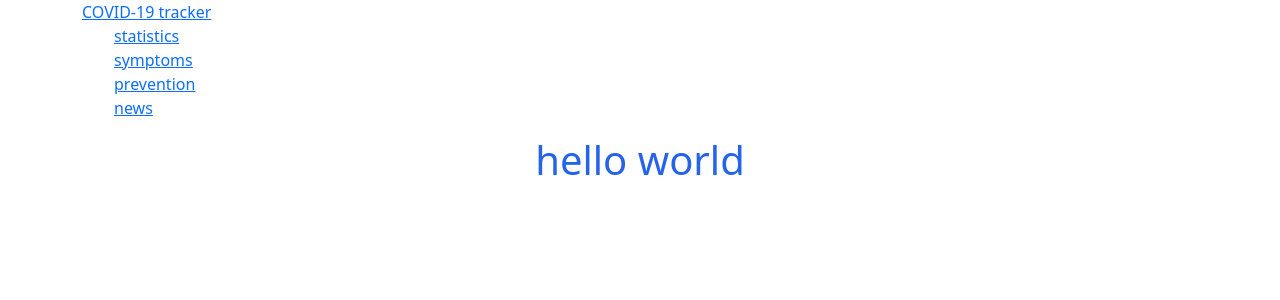
Repository: latenightsnacc/covid-19tracker
Page: design/index.html
An editor plug-in stored every save of this project. The page is shown before and after the next save, followed by the edit.
The browser window is 1280 px wide. The pictures show the whole page.
Some web libraries are served in a nearby version.

Above is the page before, as saved 2021-07-22 14:22:09.

After the next save:
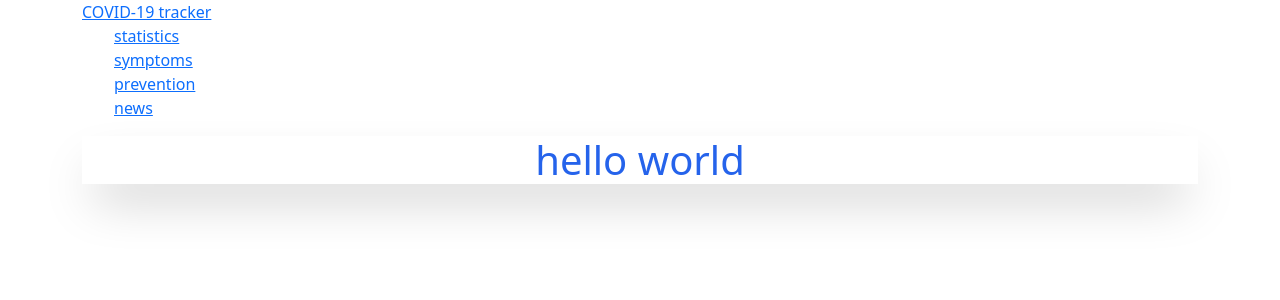
Saved 41 s later.
--- a/design/index.html
+++ b/design/index.html
@@ -36,9 +36,11 @@
         </nav>
         <div class="m-auto  bg-white h-96 text-center">
             <div class="container">
-                <div class="shadow-2xl"></div>
+                <div class="shadow-2xl">
+                    <h1 class="text-blue-600">hello world</h1>
+                </div>
             </div>
-            <h1 class="text-blue-600">hello world</h1>
+
         </div>
     </main>
 </body>
